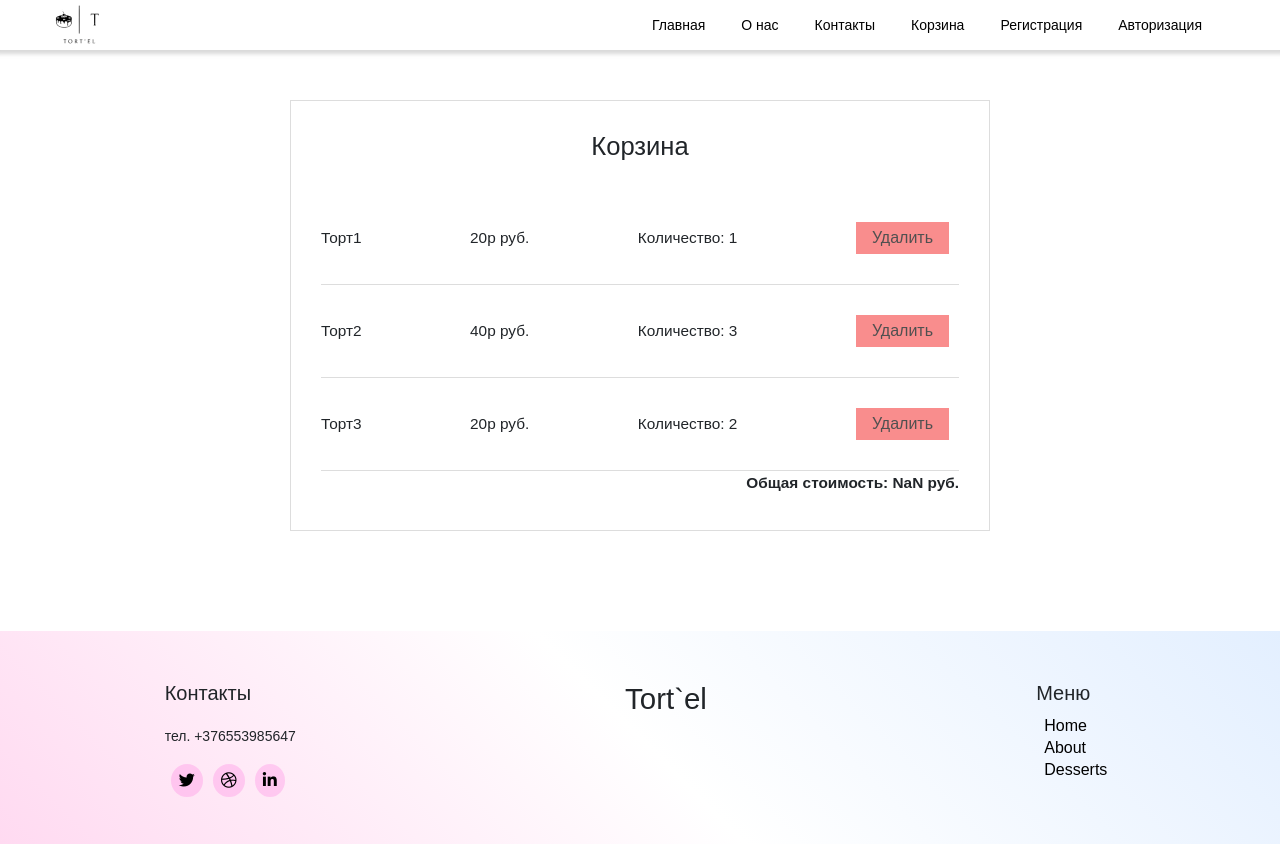
Repository: KseniaEryze/DiplomToday
Page: /basket
The author's editor kept a copy of each file at every save. The page is drawn from the files as they stood at one save, then again after the next save.
The browser window is 1280 px wide. The pictures show the whole page.
The page's requests for data from a server got no answer. The project was rebuilt for these pictures with package versions that can differ from the ones it lists, and the page was loaded fresh each time. No one was signed in, and anything a server would have sent is missing. Also part of the build but not shown: src/App.css, src/components/Slider/Slider.jsx, src/pages/About/about.css, src/components/Galery/main.css, src/components/Galery/Gallery.jsx, src/pages/About/About.jsx, src/components/Categories/categories.css, src/components/Categories/Categories.jsx and 21 more.

Above is the page before, as saved 2024-09-10 15:51:20.

### public/index.html
<!DOCTYPE html>
<html lang="en">
  <head>
    <meta charset="utf-8" />
    <link rel="stylesheet" href="https://stackpath.bootstrapcdn.com/bootstrap/4.1.3/css/bootstrap.min.css" integrity="sha384-MCw98/SFnGE8fJT3GXwEOngsV7Zt27NXFoaoApmYm81iuXoPkFOJwJ8ERdknLPMO" crossorigin="anonymous">
    <link rel="stylesheet" href="https://cdnjs.cloudflare.com/ajax/libs/font-awesome/5.15.1/css/all.min.css" integrity="sha512-+4zCK9k+qNFUR5X+cKL9EIR+ZOhtIloNl9GIKS57V1MyNsYpYcUrUeQc9vNfzsWfV28IaLL3i96P9sdNyeRssA==" crossorigin="anonymous" />

    <link rel="icon" href="%PUBLIC_URL%/favicon.ico" />
    <meta name="viewport" content="width=device-width, initial-scale=1" />
    <meta name="theme-color" content="#000000" />
    <meta
      name="description"
      content="Web site created using create-react-app"
    />
    <link rel="apple-touch-icon" href="%PUBLIC_URL%/logo192.png" />
    <!--
      manifest.json provides metadata used when your web app is installed on a
      user's mobile device or desktop. See https://developers.google.com/web/fundamentals/web-app-manifest/
    -->
    <link rel="manifest" href="%PUBLIC_URL%/manifest.json" />
    <!--
      Notice the use of %PUBLIC_URL% in the tags above.
      It will be replaced with the URL of the `public` folder during the build.
      Only files inside the `public` folder can be referenced from the HTML.

      Unlike "/favicon.ico" or "favicon.ico", "%PUBLIC_URL%/favicon.ico" will
      work correctly both with client-side routing and a non-root public URL.
      Learn how to configure a non-root public URL by running `npm run build`.
    -->
    <title>React App</title>
  </head>
  <body>
    <noscript>You need to enable JavaScript to run this app.</noscript>
    <div id="root"></div>
    <!--
      This HTML file is a template.
      If you open it directly in the browser, you will see an empty page.

      You can add webfonts, meta tags, or analytics to this file.
      The build step will place the bundled scripts into the <body> tag.

      To begin the development, run `npm start` or `yarn start`.
      To create a production bundle, use `npm run build` or `yarn build`.
    -->
  </body>
</html>

### src/index.js
import React from 'react';
import ReactDOM from 'react-dom/client';
import './index.css';
import App from './App';
import {BrowserRouter, BrowserRouter as Router} from 'react-router-dom'
import { Provider } from 'react-redux';
import {store}  from 'store';
import './firebase';
import Footer from 'Footer/Footer';




const root = ReactDOM.createRoot(document.getElementById('root'));
root.render(
  <React.StrictMode>
   <BrowserRouter>
    <Provider store = {store}>

          <App />
          <Footer></Footer>

    </Provider>
   </BrowserRouter>
</React.StrictMode>


);

### src/index.css

html, body, div, span, applet, object, iframe,
h1, h2, h3, h4, h5, h6, blockquote, pre,
a, abbr, acronym, address, big, cite, code,
del, dfn, em, img, ins, kbd, q, s, samp,
small, strike, strong, sub, sup, tt, var,
b, u, i, center,
dl, dt, dd, ol, ul, li,
fieldset, form, label, legend,
table, caption, tbody, tfoot, thead, tr, th, td,
article, aside, canvas, details, embed,
figure, figcaption, header, hgroup,
menu, nav, output, ruby, summary,
time, mark, audio, video {
	margin: 0;
	padding: 0;
	border: 0;
	/* font-size: 100%;
	font: inherit; */
	vertical-align: baseline;
}
article, aside, details, figcaption, figure,
footer, header, hgroup, menu, nav, section {
	display: block;
}
html {
	height: 100%;
}
body {
	line-height: 1;
}
ol, ul {
	list-style: none;
}
blockquote, q {
	quotes: none;
}
blockquote:before, blockquote:after,
q:before, q:after {
	content: '';
	content: none;
}
table {
	border-collapse: collapse;
	border-spacing: 0;
}
body {
  margin: 0;
  font-family: -apple-system, BlinkMacSystemFont, 'Segoe UI', 'Roboto', 'Oxygen',
    'Ubuntu', 'Cantarell', 'Fira Sans', 'Droid Sans', 'Helvetica Neue',
    sans-serif;
  -webkit-font-smoothing: antialiased;
  -moz-osx-font-smoothing: grayscale;
}

code {
  font-family: source-code-pro, Menlo, Monaco, Consolas, 'Courier New',
    monospace;
}

h1{
  padding: 20px 0;
  font-size: 4vw;
}
h2 ,h3 ,h4{
  padding: 10px 0;
  font-size: 2vw;
}
h3{
    font-size: 2.3vw;
}
h4{
    font-size:20px
}
p{
	font-size: 1.2vw;
	line-height: 1.8vw;

}

button a{
	color: aliceblue;
}

*{
	font-family: "Philosopher", sans-serif;
	font-weight: 400;
	font-style: normal;
}

.pagination-container {
    margin: 3vw 3vw;
}

section{}
@import url('https://fonts.googleapis.com/css2?family=Philosopher:ital,wght@0,400;0,700;1,400;1,700&display=swap');

@media(max-width: 500px) {
	h1{
        font-size: 7vw;
    }
}

@media(max-width: 900px) {
	h1{
        font-size: 5vw;
    }
}

### src/App.js
import { Route, Routes} from 'react-router-dom';
import './App.css';
import About from './pages/About/About';
import Header from './Header/Header.jsx'
import Home from './pages/Home/Home';
import Registracion from './components/Authorization/Registracion';
import LoginPage from './components/Authorization/LoginPage';
import AdminMain from 'Admin/page/AdminMain';
import Contact from 'pages/Contact/Contact';
import Footer from 'Footer/Footer';
import Basket from 'pages/Basket/Basket';

function App() {
  return (
     <>
        <Header></Header>
          <Routes>
            <Route path = '/login' element = {<LoginPage/>}></Route>
            <Route path = '/register' element = {<Registracion/>}></Route>
            <Route path = '/contacts' element = {<Contact/>}></Route>
            <Route path = '/basket' element = {<Basket></Basket>}></Route>


            <Route path='/' element={<Home/>}></Route>
            <Route path = '/admin' element = {<AdminMain/>}></Route>
            <Route path='/about' element={<About/>}></Route>

            <Route path = '*' element = {<div>404 Not Found</div>}></Route>

          </Routes>


      </>


  );
}

export default App;

### src/store/index.js
import { configureStore } from "@reduxjs/toolkit";
import userReducer from '../store/slices/userSlice'
import cakeReducer from '../store/slices/cakeSlice'


export const store = configureStore({
    reducer: {
        user: userReducer,
        cake: cakeReducer
    }
});

### src/firebase.js
import {initializeApp} from 'firebase/app'

const firebaseConfig = {
    apiKey: process.env.REACT_APP_FIREBASE_API_KEY,
    authDomain: process.env.REACT_APP_FIREBASE_AUTH_DOMAIN,
    projectId: process.env.REACT_APP_FIREBASE_PROJECT_ID,
    storageBucket: process.env.REACT_APP_FIREBASE_STORAGE_BUSCKET,
    messagingSenderId: process.env.REACT_APP_FIREBASE_MESSAGING_SENGER_ID,
    appId: process.env.REACT_APP_FIREBASE_APP_ID
}

const app = initializeApp(firebaseConfig)

### src/Footer/Footer.jsx
import React from 'react'
import { Link } from 'react-router-dom'
import './footer.css'

function Footer() {
  return (

    <footer>
      <div className='footer'>
      <div> <h4>Контакты</h4>
        <div>
          <p>тел.   +376553985647</p>

          <ul class="social-icons">
            <li><a class="twitter" href="#"><i class="fab fa-twitter"></i></a></li>
            <li><a class="dribbble" href="#"><i class="fab fa-dribbble"></i></a></li>
            <li><a class="linkedin" href="#"><i class="fab fa-linkedin-in"></i></a></li>
          </ul>
        </div>
      </div>


      <div>
        <h3>Tort`el</h3>
      </div>
      <div>
        <h4>Меню</h4>
        <ul>
             <li>
                 <Link to="/">Home</Link>
             </li>
             <li>
               <Link to="/about">About</Link>
             </li>
             <li>
                 <Link to="/desserts">Desserts</Link>
             </li>

         </ul>

      </div>
       </div>
    </footer>

  )
}

export default Footer

### src/Header/Header.jsx
import React, { useState } from 'react'
import { Link } from 'react-router-dom'
import logo from './img/logoBlack.png'
import './header.css'
import menu from './img/hamburger.png'

function Header() {
  const [accountAuth, setAccountAuth] = useState(false)
  const [isOpen, setIsOpen] = useState()
  return (
    <div className='header'>

      <div className='logo'>
          <Link to="/"><img src={logo}/></Link>
      </div>

      <nav className={`header_nav ${isOpen ? `active` : ``}`}>
          <ul className='header_nav-list'>
             <li className='header_nav-item'>
                 <Link to="/">Главная</Link>
             </li>

             <li className='header_nav-item'>
               <Link to="/about">О нас</Link>
             </li>

             <li className='header_nav-item'>
               <Link to="/contacts">Контакты</Link>
             </li>
             <li className='header_nav-item'>
               <Link to="/basket">Корзина</Link>
             </li>
              <li className='header_nav-item wrapper-login'>
                <Link to="/register" accountAuth={accountAuth}>Регистрация</Link>
              </li>
              <li className='header_nav-item'>
                <Link to="/login"> Авторизация </Link>
              </li>
            </ul>
         </nav>
         <button className='header_menu-button' onClick={() => setIsOpen(!isOpen)}></button>
     </div>
   )
 }

 export default Header

### src/pages/Basket/Basket.jsx
import React from 'react';
import './main.css'

const Basket = ({  popap, handleRemoveItem }) => {

    const cartItems = [
        {id:1, name:'Торт1', price:'20р', quantity: 1},
        {id:2, name:'Торт2', price:'40р', quantity: 3},
        {id:3, name:'Торт3', price:'20р', quantity: 2}
    ]
      return (
        <div className="cart">
          <h2>Корзина</h2>
          {cartItems.map(item => (
            <div key={item.id} className="cart-item">
              <p>{item.name}</p>
              <p>{item.price} руб.</p>
              <p>Количество: {item.quantity}</p>
              <button onClick={() => handleRemoveItem(item.id)}>Удалить</button>
            </div>
          ))}
          <p className="total-price">Общая стоимость: {cartItems.reduce((acc, item) => acc + item.price * item.quantity, 0)} руб.</p>
        </div>
      );
    };

    export default Basket;

### src/store/slices/userSlice.js
import {createSlice} from '@reduxjs/toolkit'

const initialState = {
    name:null,
    email:null,
    token: null,
    id: null
}

const userSlice = createSlice({
    name:'user',
    initialState,
    reducers:{
        setUser(state, action){
            state.name = action.payload.name;
            state.email = action.payload.email;
            state.token = action.payload.token;
            state.id = action.payload.id;
        },
        removeUser(state){
            state.name =null;
            state.email =null;
            state.token = null;
            state.id = null;
        }

    }

})

export const {setUser,removeUser} = userSlice.actions;

export default userSlice.reducer;

### src/store/slices/cakeSlice.js
import {createSlice} from '@reduxjs/toolkit'

const initialState = {
    name:null,
    desctiprion: null,
    cost: null,
    category: null,
    image: null,
    id: null
}

const cakeSlice = createSlice({
    name:'cake',
    initialState,
    reducers:{
        setCake(state, action){
            state.name = action.payload.name;
            state.desctiprion = action.payload.desctiprion;
            state.cost = action.payload.cost;
            state.category = action.payload.category;
            state.image = action.payload.image;
            state.id = action.payload.id;
        }

    }

})
console.log(cakeSlice.actions)

export const {setCake} = cakeSlice.actions;

export default cakeSlice.reducer;

### src/Footer/footer.css
li{
    padding: 3px 0px;
}
.social-icons {
    text-align: right;
    display: flex;
    justify-content: flex-start;
    align-items: center;
    }
 .social-icons a {
    width: 40px;
    height: 40px;
    line-height: 40px;
    margin-right: 10px;
    border-radius: 100%;
    background-color: #ff5ed73d;

    }

    .social-icons:nth-child(n + 2){
        margin-left: 6px;
    }

    footer p {
        margin: 10px 0 ;
        font-size: 14px;
    }
    footer{
        padding: 20px 0;
    }

### src/components/Slider/main.css
.wrapper-slide{
    display: flex;
    justify-content: center;
    flex-direction: column;
    align-items: center;

    padding: 30px;
}
button{
    padding: 0%;
    margin: 0;
}

.react-slideshow-container .default-nav:last-of-type {
    margin-left: -30px;
    background: rgb(0, 0, 0);
}

.wrapper-slide p{
    margin: 8px;
    padding: 0px;
}
.slide-imade{
    width: 80px;
    height: 80px;
    border-radius: 100%;
}

.react-slideshow-container .default-nav:last-of-type {
    margin-left: -30px;

    /* background: url(./img/icons8-стрелка-100\ \(2\).png) no-repeat; */
}

.react-slideshow-container .default-nav:first-of-type {

    /* background: url(./img/icons8-стрелка-100\ \(3\).png)no-repeat; */
}
/* .react-slideshow-container {
    background-color: black;
    color: aliceblue;
} */
.slide-container button{

    padding: 0px 0px;
    margin-right: 10px;
    margin-top: 30px;
}

### src/Header/header.css

.header{
    position: fixed;
    left: 0;
    top: 0;
    display: flex;
    align-items: center;
    width: 100%;
    padding: 0px 20px;
    height: 50px;
    background-color: white;
    box-shadow: 0 0 4px 4px rgba(136, 136, 136, 0.322);
    z-index: 1;
    color: black;
}

.header_nav{
    margin-left: auto;
    margin-right: 50px;
}

.header_nav-list{
    display: flex;
    list-style: none;
}

.header_nav-item{
    font-size: 14px;
    line-height: 1;
    color: black;
}

.header_nav-item:nth-child(n + 2){
    margin-left: 20px;
}

.header_menu-button{
    display: none;
}

@media(max-width: 576px){
.header_nav.active{
        transform: translateX(225px);
    }

    .header_nav{
        position: fixed;
        top: 0;
        left: -225px;
        display: flex;
        flex-direction: column;
        width:225px;
        height: 100%;
        background-color: white;
        border-radius: 16px 0 16px 0;
        transition-timing-function: linear;
    };

    .header_nav-list{
        display: flex;
        list-style: none;
    }

    .header_nav-list{
        flex: 1;
        display: flex;
        flex-direction: column;
        padding-top: 40px;
        padding-left: 60px;
    }

    .header_nav-item{
        margin: 10px 0px;
    }
    .header_nav-item:nth-child(n + 2){
        margin-left: 0;
    }

    .header_menu-button{
        display: block;
        margin: 0 11vw 0 auto;
        width: 24px;
        height: 24px;
        background-image: url(./img/hamburger.png);
        padding: 0;
        border: 0;
    }

}

### src/pages/Home/main.css
.footer{
    width: 100%;
    display: flex;
    justify-content: space-around;
    align-items: start;
    margin: 0;
    padding: 20px 0;
}
section{
    padding-top: 100px;
}
section, footer{
    background: -webkit-linear-gradient(45deg, rgb(255, 218, 241), rgb(255, 255, 255), rgb(227, 239, 255));
    background: -moz-linear-gradient(45deg, rgb(255, 218, 241), rgb(255, 255, 255), rgb(227, 239, 255));
    background: linear-gradient(45deg, rgb(255, 218, 241), rgb(255, 255, 255), rgb(227, 239, 255));



}
button{
    border: none;
    background-color: #362361cc;
    /* #928d3c */
    color: white;
    padding: 15px 30px;
    margin-right: 10px;

}
.block_header{
    background: url('./img/tort-muss-iagody-malina-rozy-desert.jpg') no-repeat;
    background-size: cover;
    height: 600px;
    padding-top: 0;

    display: flex;
    justify-content: start;
    align-items: center;
}

.block_header-info{
    margin-left: 200px;

}



.category{
    display: flex;
    justify-content: center;
    align-items: center;
    flex-direction: column;

}

.category_list{
    display: flex;
    justify-content: center;

    margin: 0 100px;

}




.advantages{
    display: flex;
    justify-content: center;
    align-items: center;


    background: -webkit-linear-gradient(45deg, rgb(255, 218, 241), rgb(255, 255, 255),rgb(255, 218, 241) rgb(227, 239, 255));
    background: -moz-linear-gradient(45deg, rgb(255, 218, 241), rgb(255, 255, 255), rgb(227, 239, 255));
    background: linear-gradient(120deg, rgb(255, 218, 241), rgb(255, 255, 255), rgb(227, 239, 255));

}
.advantages .order{
    background: url('./img/Без\ имени-1.png') no-repeat;
    background-size: cover;
    width: 380px;
    height: 415px;

}
.advantages p{
     word-wrap:break-word
}
.order{

    color: black;
    display: flex;
    justify-content: center;
    align-items: center;
    flex-direction: column;
    margin-left: 100px;
}

.description-list_point{
    display: flex;

    align-items: center;
}
.description-list_point img{
    margin-right: 25px;
    width: 50PX;
}



.tabs_wrapper{
    display: flex;
    justify-content: center;
    align-items: center;
    width: 100%;
}



.footerLogo{
    width: 200px;
}


.block_header-info{
    color: rgb(41, 41, 41);
}
@media (max-width: 800px) {
.calculation{
    display:none;
    visibility: hidden;
}
.wrapper-home{
    width: 100vw;
}
.menu{
    display: none;
}
}

@media(max-width: 500px){
    .block_header-info{
        margin-left: 15vw;
    }
   .block_header{
        height: 400px;
   }
}

### src/components/Authorization/main.css
.wrapper-center, .authorization-form {
    display: flex;
    justify-content: center;
    flex-direction: column;
}
.wrapper-center{
    padding-top: 100px;
    align-items: center;
    width: 100%;
    padding-bottom: 100px;
}
.authorization-form {
   width: 35vw;
}
input{

    padding: 2vh 3vw;
    margin: 5px;
}
button{
	margin: 20px 10px;
    padding: 1vh 2vw;
}

### src/Admin/page/adminMain.css
header,
main {
  padding-left: 240px;
}

body {
  background: white;
}

@media only screen and (max-width: 992px) {
  header,
  main,
  footer {
    padding-left: 0;
  }
}
a{
    text-decoration: none;
}

#credits li,
#credits li a {
  color: white;
}

#credits li a {
  font-weight: bold;
}

.footer-copyright .container,
.footer-copyright .container a {
  color: #BCC2E2;
}

.fab-tip {
  position: fixed;
  right: 85px;
  padding: 0px 0.5rem;
  text-align: right;
  background-color: #323232;
  border-radius: 2px;
  color: #FFF;
  width: auto;
}


.main {
  height: 400px;
  padding: 10px;
}

.dropdown_button {
  border: none;
  cursor: pointer;
  width: 200px;
  font-family: montserrat;
  border: 1px solid #ffffff;
}

.courses {
  display: none;
  position: absolute;
  background-color: #f1f1f1;
  min-width: 200px;
  box-shadow: 0px 8px 16px 0px rgba(0, 0, 0, 0.2);
  z-index: 1;
}

.courses li {

  text-decoration: none;
  display: block;
  list-style: none;
  background-color: rgb(47, 47, 47);
  font-family: montserrat;
  border: 1px solid white;
}

.courses li a {
  text-decoration: none;
  color: white;
  display: block;
  padding: 5px;
}

.courses li:hover {
  background-color: #0979ad;
  color: white;
}

.admin-form{
  display: flex;
  justify-content: center;
  flex-direction: column;
  align-items: center;
  margin-top: 80px;
}

.admin-text_item{
  width: 300px;
  display: flex;
  justify-content: space-around;
  align-items: center;
  margin: 10px;
}

.admin-text_item input,label{
  width: 80px;
  margin: 5px;
}
.wrapper-adminPage{
  display: flex;
  margin: 20px;
  border: 1px solid rgba(0, 0, 0, 0.158);
  padding-right: 50px;

  border-radius: 30px ;
}


.wrapper-adnin_categorisMenu{
  display: flex;
  justify-content: space-between ;
}

### src/pages/Basket/main.css
.cart {
    /* Стили для контейнера корзины */
    width: 700px;
    margin: 100px auto;
    border: 1px solid #ddd;
    padding: 20px 30px;
  }

  .cart h2 {
    /* Стили для заголовка корзины */
    text-align: center;
    margin-bottom: 20px;
  }

  .cart-item {
    /* Стили для каждого элемента корзины */
    border-bottom: 1px solid #ddd;
    padding: 10px 0;
    display: flex;
    justify-content: space-between;
    align-items: center;
  }

  .cart-item p {
    /* Стили для информации об элементе корзины */
    margin: 0;
  }

  .cart-item button {
    /* Стили для кнопки удаления */
    background-color: #f76666bd; /* Красный цвет */
    color: rgb(80, 80, 80);
    padding: 8px 16px;
    border: none;
    cursor: pointer;
  }

  .cart-item button:hover {
    /* Стили при наведении курсора на кнопку */
    background-color: #d32f2f; /* Более темный красный */
  }

  .total-price {
    /* Стили для общей стоимости */
    text-align: right;
    font-weight: bold;
  }

### src/Admin/page/AdminHeader/header.css

.menu{
    display: flex;
    justify-content: space-around;
    align-items: center;
}

.menu li,a{
    list-style: none;
    text-decoration: none;
    padding: 8px;
    color: rgb(0, 0, 0);
}

.admin-wrapper_menu{
    margin-right: 100px;
    background-color: #36236156;
    color: rgb(41, 41, 41);
    border-radius: 30px 0px 0px 30px;
    padding: 30px;
    width: 12vw;
}
/* .admin-wrapper_menu li{
    border: 1px solid black;
} */

.wrapper-content{
    padding: 70px;
}

After the next save:
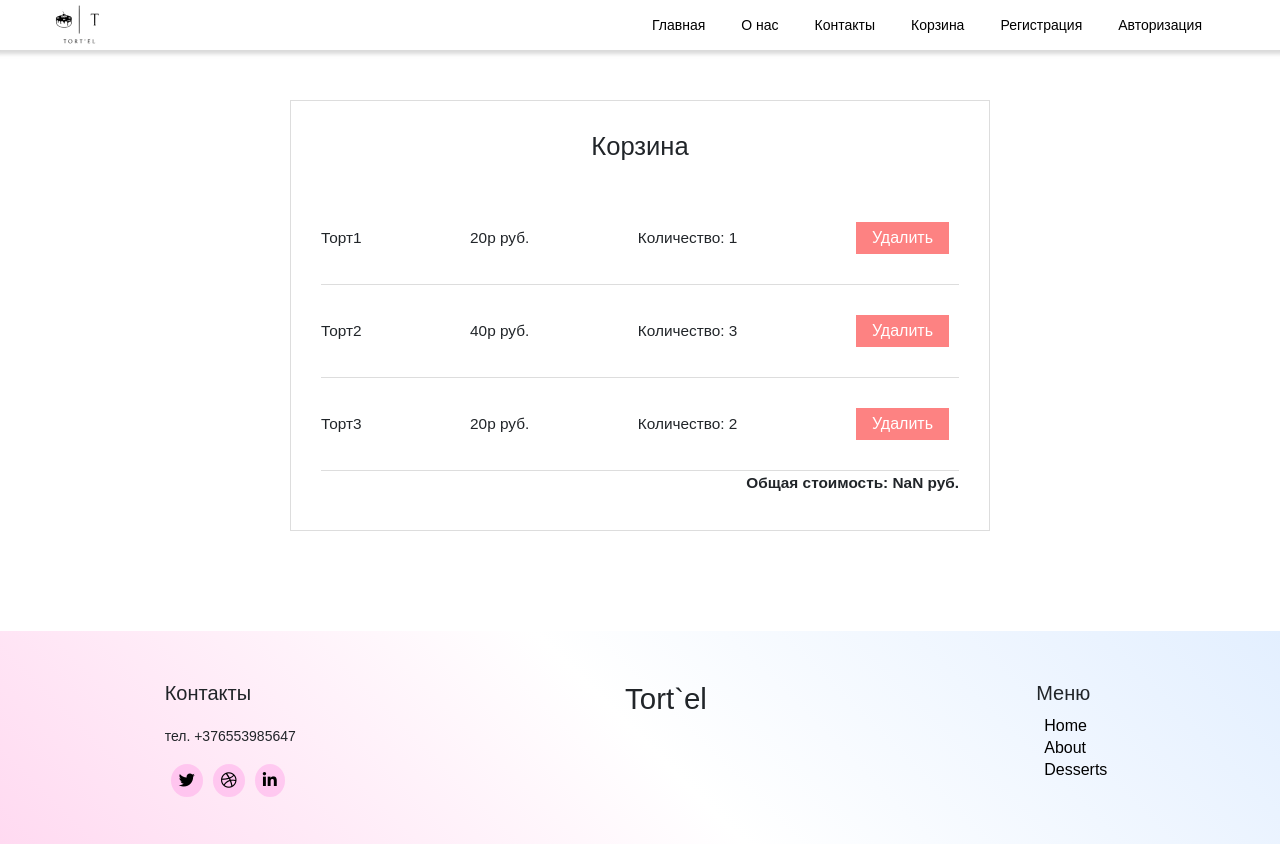
Saved 17 s later.
--- a/src/pages/Basket/main.css
+++ b/src/pages/Basket/main.css
@@ -28,8 +28,8 @@
 
   .cart-item button {
     /* Стили для кнопки удаления */
-    background-color: #f76666bd; /* Красный цвет */
-    color: rgb(80, 80, 80);
+    background-color: #fc5757bd; /* Красный цвет */
+    color: rgb(255, 255, 255);
     padding: 8px 16px;
     border: none;
     cursor: pointer;
